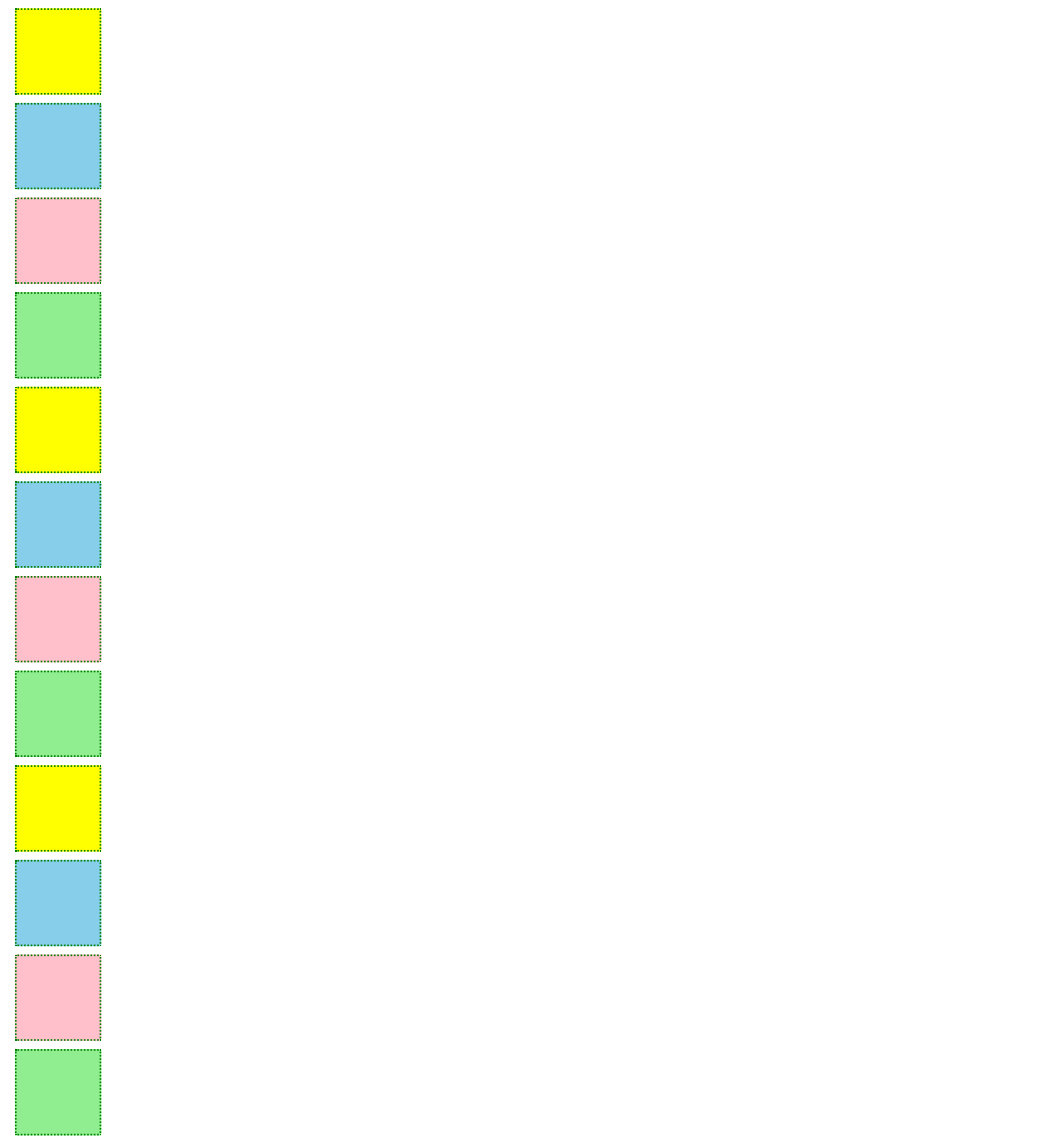
Repository: solsol7/ddit-html
Page: webpro/WebContent/0630/레이아웃.html
These files come from the project's save history. The page is drawn as it stood at one moment and after the next save; the edit follows.
The browser window is 1280 px wide. The pictures show the whole page, at 83% of full size.

Above is the page before, as saved 2023-06-30 05:56:18.

### webpro/WebContent/0630/레이아웃.html
<!DOCTYPE html>
<html>
<head>
<meta charset="UTF-8">
<title>Insert title here</title>

<style>
div{
  width : 80px;
  height : 80px;
  border : 2px dotted green;
  margin : 10px;
  padding : 10px;
}
.d1{
  background : yellow;
}
.d2{
  background : skyblue;
}
.d3{
  background : pink;
}
.d4{
  background : lightgreen;
}
</style>

</head>
<body>
<div class="d1"></div>
<div class="d2"></div>
<div class="d3"></div>
<div class="d4"></div>

<div class="d1"></div>
<div class="d2 dd2"></div>
<div class="d3"></div>
<div class="d4"></div>

<div class="d1"></div>
<div class="d2 ddd2"></div>
<div class="d3"></div>
<div class="d4"></div>

</body>
</html>

After the next save:
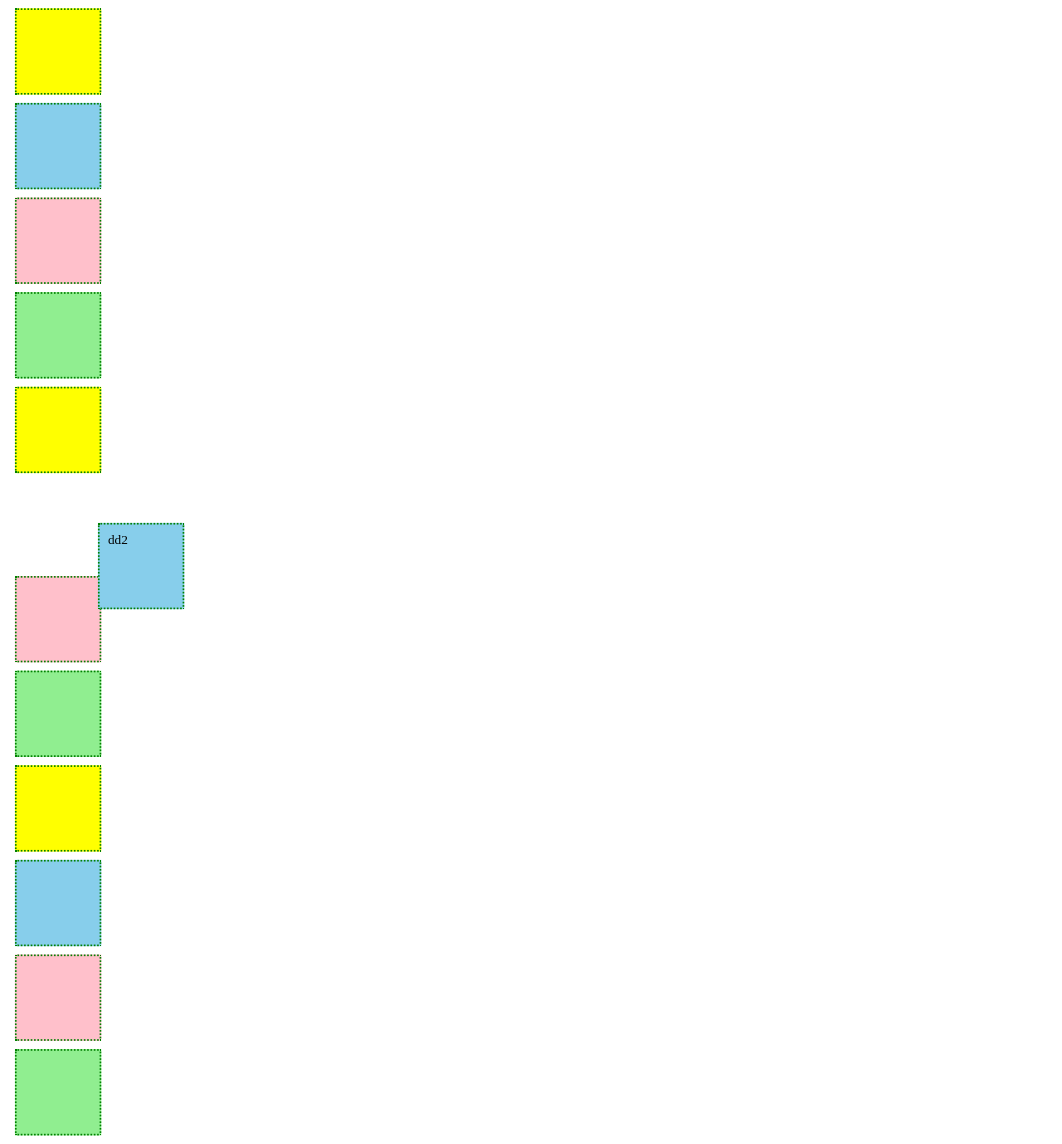
Saved 118 s later.
--- a/webpro/WebContent/0630/레이아웃.html
+++ b/webpro/WebContent/0630/레이아웃.html
@@ -24,6 +24,11 @@ div{
 .d4{
   background : lightgreen;
 }
+.dd2{
+  position : relative;
+  left : 100px;
+  top : 50px;
+}
 </style>
 
 </head>
@@ -34,7 +39,7 @@ div{
 <div class="d4"></div>
 
 <div class="d1"></div>
-<div class="d2 dd2"></div>
+<div class="d2 dd2">dd2</div>
 <div class="d3"></div>
 <div class="d4"></div>
 
